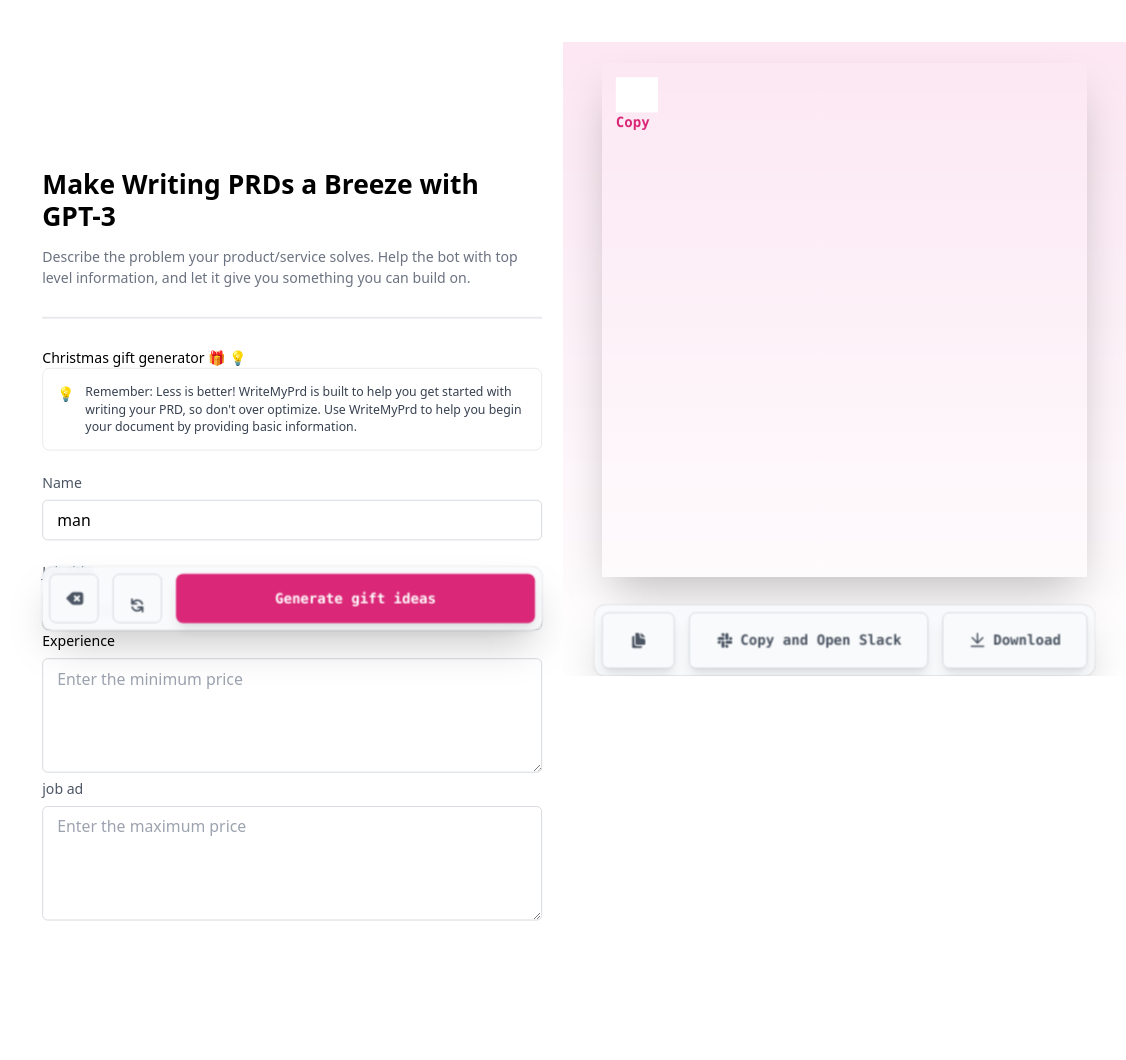
Repository: hamza-mastar/chatgpt-jpbad
Page: /
An editor plug-in stored every save of this project. The page is shown before and after the next save, followed by the edit.
The browser window is 1280 px wide. The pictures show the whole page, at 88% of full size.
The project was rebuilt for these pictures with package versions that can differ from the ones it lists, and the page was loaded fresh each time. The framework's server and built-in components were replaced by stand-ins that run in the browser.

Above is the page before, as saved 2023-01-30 16:54:28.

### pages/_app.js
import 'tailwindcss/tailwind.css'

import '../styles/globals.css'

export default function MyApp({ Component, pageProps }) {
  return <Component {...pageProps} />
}

### pages/index.js
import Head from 'next/head';
import React from 'react';
import { useState } from 'react';
import ReactDOM from 'react-dom';
import {CopyToClipboard} from 'react-copy-to-clipboard';

import styles from './index.module.css';


// import './gifts.css'







export default function Home() {
  const [name, setName] = useState('man');
  const [job_title, setJob_title] = useState("");
  const [experience, setExperience] = useState("");
  const [job_ad, setJob_ad] = useState("");

  const [loading, setLoading] = useState(false);

  const [result, setResult] = useState('');


  const [copy,setCopy] = useState(false)

  async function onSubmit(event) {
    event.preventDefault();
    if (loading) {
      return;
    }
    setLoading(true);
    setResult('hamza');
    const response = await fetch('/api/generate-gifts', {
      method: 'POST',
      headers: {
        'Content-Type': 'application/json',
      },
      body: JSON.stringify({ name, job_title, experience, job_ad}),
    });
    const data = await response.json();
    setResult(data.result.replaceAll('\n', '<br />'));
    setLoading(false);

  }


  return (
    <>



    <body class="h-full px-5 sm:px-6">
      <div class="flex relative sm:flex-col md: flex-col">

      <Head>
        <title>OpenAI Quickstart</title>
        <link rel="icon" href="/dog.png" />
      </Head>

      <main className={styles.main}>
     <div class="min-h-screen w-full lg:w-1/2 relative">
    <div class="h-full px-5 sm:px-6">
      <div class="h-full w-full max-w-xl mx-auto flex flex-col after:mt-auto after:flex-1">
        <header class="sm:flex-1 flex mb-auto sm:py-10 pt-6 items-center sm:justify-between flex-col sm:flex-row" >
          <div class="flex items-center justify-between h-24 md:h-20"> </div>

            {/* logo icone login  */}
            </header>
            <div class="flex-1 py-8">
           <div  class="mb-4" >
           <h1 class="text-3xl font-bold font-inter mb-2"> Make Writing PRDs a Breeze with GPT-3 </h1>
           <div class="text-gray-500 mt-4 mb-6"> Describe the problem your product/service solves. Help the bot with top level information, and let it give you something you can build on. </div>
           <div class="divide-y divide-gray-200 my-8 relative border"></div>





        <h3  >Christmas gift generator 🎁 💡</h3>
        <form  onSubmit={onSubmit} class="mb-12 relative">
        <div class="rounded-lg bg-white border p-4"><div class="flex"><div class="flex-shrink-0">💡</div><div class="ml-3 flex-1 md:flex md:justify-between"><p class="text-sm text-gray-700 font-medium"> Remember: Less is better! WriteMyPrd is built to help you get started with writing your PRD, so don't over optimize. Use WriteMyPrd to help you begin your document by providing basic information. </p></div></div></div>
        <div>
          <div class="py-6">
          <label class="relative transition text-gray-600 focus-within:text-gray-800 block" >Name</label>
          <input class="outline-none focus:outline-none text-lg bg-white rounded-md px-4 py-2 w-full border  focus:border-gray-400 border-gray-300 font-regular mt-2 transition-all undefined "
            type="text"
            name="name"
            placeholder="Enter the Name"
            value={name}
            onChange={(e) => setName(e.target.value)}
          />
          </div>


          <label class="relative transition text-gray-600 focus-within:text-gray-800 block">Job title</label>
          <input class="outline-none focus:outline-none text-lg bg-white rounded-md px-4 py-2 w-full border  focus:border-gray-400 border-gray-300 font-regular mt-2 transition-all undefined "
            type="text"
            name="job_title"
            placeholder="Job title"
            value={job_title}
            onChange={(e) => setJob_title(e.target.value)}
          />

          <label>Experience </label>
          <textarea class="form-textarea outline-none focus:outline-none text-lg bg-white rounded-md px-4 py-2 w-full border  focus:border-gray-400 border-gray-300 font-regular mt-2 transition-all undefined " rows="4"
          type="textarea"
          name="experience"
          placeholder="Enter the minimum price"
          value={experience}
          onChange={(e) => setExperience(e.target.value)} >

            </textarea>

          <label class="relative transition text-gray-600 focus-within:text-gray-800 block"> job ad</label>
          <textarea class="form-textarea outline-none focus:outline-none text-lg bg-white rounded-md px-4 py-2 w-full border  focus:border-gray-400 border-gray-300 font-regular mt-2 transition-all undefined " rows="4"
            type="text"
            name="job_ad"
            placeholder="Enter the maximum price"
            value={job_ad}
            onChange={(e) => setJob_ad(e.target.value)}
          ></textarea>


          <div class="sticky bottom-1 left-0 right-0 px-2 py-2 font-semibold text-sm text-slate-900 bg-slate-50/90 backdrop-blur-sm ring-1 ring-slate-900/10 space-x-4 rounded-xl shadow-2xl">
            <div class="flex gap-4 text-white text-sm font-bold font-mono leading-6 bg-stripes-indigo rounded-lg">
            <button id="clearAll" class="p-4 w-14 h-14 flex-none rounded-lg flex items-center justify-center bg-gray-50 border border-gray-300 text-gray-600 hover:bg-gray-100"><div tooltip="Clear All" position="top" class="w-full" data-v-47bc123b=""><svg class="w-6 h-6" fill="currentColor" viewBox="0 0 20 20" xmlns="http://www.w3.org/2000/svg"><path fill-rule="evenodd" d="M6.707 4.879A3 3 0 018.828 4H15a3 3 0 013 3v6a3 3 0 01-3 3H8.828a3 3 0 01-2.12-.879l-4.415-4.414a1 1 0 010-1.414l4.414-4.414zm4 2.414a1 1 0 00-1.414 1.414L10.586 10l-1.293 1.293a1 1 0 101.414 1.414L12 11.414l1.293 1.293a1 1 0 001.414-1.414L13.414 10l1.293-1.293a1 1 0 00-1.414-1.414L12 8.586l-1.293-1.293z" clip-rule="evenodd"></path></svg></div></button>
            <button id="re-generate-prd" class="w-14 h-14 flex-none rounded-lg flex items-center justify-center bg-gray-50 border border-gray-300 text-gray-600 hover:bg-gray-100"><div tooltip="Re-generate PRD" position="top" class="w-full" data-v-47bc123b=""><svg class="w-full mt-[30%] h-5 text-gray-600 mr-1" fill="currentColor" viewBox="0 0 20 20" xmlns="http://www.w3.org/2000/svg"><path fill-rule="evenodd" d="M4 2a1 1 0 011 1v2.101a7.002 7.002 0 0111.601 2.566 1 1 0 11-1.885.666A5.002 5.002 0 005.999 7H9a1 1 0 010 2H4a1 1 0 01-1-1V3a1 1 0 011-1zm.008 9.057a1 1 0 011.276.61A5.002 5.002 0 0014.001 13H11a1 1 0 110-2h5a1 1 0 011 1v5a1 1 0 11-2 0v-2.101a7.002 7.002 0 01-11.601-2.566 1 1 0 01.61-1.276z" clip-rule="evenodd"></path></svg></div></button>

          <input class="sm:p-4 p-3 pt-4 grow rounded-lg flex items-center justify-center bg-pink-600 hover:bg-pink-800 shadow-lg text-xs sm:text-base" type="submit" value="Generate gift ideas" />
          </div>
          </div>
          </div>
        </form>
        </div>
       </div>
        </div>
        </div>
          </div>

          {/* loging page ////////////////// */}

          <div class="relative  lg:fixed right-0 bottom-0 lg:block lg:w-1/2 overflow-hidden sm:px-5 lg:h-full h-auto  top-12">
            <div class="absolute inset-0 bg-gradient-to-b from-pink-100 to-white  -z-10" >
              <div class="relative lg:fixed right-0 bottom-0 lg:block lg:w-1/2 overflow-hidden sm:px-5 lg:h-full h-auto overflow-y-auto top-12">

                <div class="h-auto ">

                <div class="p-6 pb-0 h-[calc(100vh-6rem)] " >
                <div class="form-textarea relative text-base overflow-scroll w-full p-4 px-8  h-[calc(100%-1rem)] shadow-2xl flex items-center justify-center" >
                <div class="text-pink-600 font-mono text-left text-base font-semibold absolute top-4 left-4">
        {loading && (
          <div>
            <h3>Looking for the best gift ideas 🎁 💡</h3>
            <img src="/loading.gif" className={styles.loading} />
          </div>



        )}
        <div type="text" onChange={(e)=>seResult(e.target.result.replaceAll('\n', '<br/>'))}
        class="whitespace-pre-wrap text-gray-800 bg-white h-auto text-lg divide-y px-4 pt-5 pb-4 sm:p-6 sm:pb-4 "
          className={styles.result}
          dangerouslySetInnerHTML={{ __html: result }}



        />


      <CopyToClipboard text={result}
          onCopy={() =>setCopy(true)}>
           <button className={`${copy ? 'copied' : 'copy' }`}>
             {copy ? 'Copied' : "Copy"}
           </button>
        </CopyToClipboard>


        </div>

        </div>


        </div>
        <div class="mx-4 bottom-2 left-0 right-0 px-2 py-2 font-semibold text-sm text-slate-900 bg-slate-50/90 backdrop-blur-sm ring-1 ring-slate-900/10 space-x-4 rounded-xl shadow-2xl sm:mt-4 my-6 h-auto min-h-[5rem] sm:min-h-[1rem]">
            <div class="flex gap-4 text-white text-sm font-bold font-mono leading-6 bg-stripes-indigo rounded-lg">
  <button class="grow h-16 p-0 sm:p-[1.1rem] w-20 sm:w-auto h-auto rounded-lg flex items-center justify-center bg-gray-50 border-gray-300 text-gray-600 hover:bg-gray-100 shadow-lg border"><svg xmlns="http://www.w3.org/2000/svg" viewBox="0 0 24 24" fill="currentColor" class="h-5 w-5 flex-shrink-0 text-gray-600"><path d="M7.5 3.375c0-1.036.84-1.875 1.875-1.875h.375a3.75 3.75 0 013.75 3.75v1.875C13.5 8.161 14.34 9 15.375 9h1.875A3.75 3.75 0 0121 12.75v3.375C21 17.16 20.16 18 19.125 18h-9.75A1.875 1.875 0 017.5 16.125V3.375z"></path><path d="M15 5.25a5.23 5.23 0 00-1.279-3.434 9.768 9.768 0 016.963 6.963A5.23 5.23 0 0017.25 7.5h-1.875A.375.375 0 0115 7.125V5.25zM4.875 6H6v10.125A3.375 3.375 0 009.375 19.5H16.5v1.125c0 1.035-.84 1.875-1.875 1.875h-9.75A1.875 1.875 0 013 20.625V7.875C3 6.839 3.84 6 4.875 6z"></path></svg>
  </button>
  <button class="p-4 grow w-auto h-16 rounded-lg flex items-center justify-center bg-gray-50 border border-gray-300 text-gray-600 hover:bg-gray-100 shadow-lg text-xs sm:text-base"><svg fill="currentColor" class="h-5 w-5 flex-shrink-0 text-gray-600 mr-2" viewBox="0 0 24 24" xmlns="http://www.w3.org/2000/svg"><path d="M6.194 14.644c0 1.16-.943 2.107-2.103 2.107a2.11 2.11 0 0 1-2.104-2.107 2.11 2.11 0 0 1 2.104-2.106h2.103v2.106zm1.061 0c0-1.16.944-2.106 2.104-2.106a2.11 2.11 0 0 1 2.103 2.106v5.274a2.11 2.11 0 0 1-2.103 2.106 2.108 2.108 0 0 1-2.104-2.106v-5.274zm2.104-8.455c-1.16 0-2.104-.948-2.104-2.107s.944-2.106 2.104-2.106a2.11 2.11 0 0 1 2.103 2.106v2.107H9.359zm0 1.06a2.11 2.11 0 0 1 2.103 2.107 2.11 2.11 0 0 1-2.103 2.106H4.092a2.11 2.11 0 0 1-2.104-2.106 2.11 2.11 0 0 1 2.104-2.107h5.267zm8.447 2.107c0-1.16.943-2.107 2.103-2.107a2.11 2.11 0 0 1 2.104 2.107 2.11 2.11 0 0 1-2.104 2.106h-2.103V9.356zm-1.061 0c0 1.16-.944 2.106-2.104 2.106a2.11 2.11 0 0 1-2.103-2.106V4.082a2.11 2.11 0 0 1 2.103-2.106c1.16 0 2.104.946 2.104 2.106v5.274zm-2.104 8.455c1.16 0 2.104.948 2.104 2.107s-.944 2.106-2.104 2.106a2.11 2.11 0 0 1-2.103-2.106v-2.107h2.103zm0-1.06a2.11 2.11 0 0 1-2.103-2.107 2.11 2.11 0 0 1 2.103-2.106h5.268a2.11 2.11 0 0 1 2.104 2.106 2.11 2.11 0 0 1-2.104 2.107h-5.268z"></path></svg> Copy and Open Slack </button>
  <button class="p-4 grow w-auto h-16 rounded-lg flex items-center justify-center bg-gray-50 border border-gray-300 text-gray-600 hover:bg-gray-100 shadow-lg text-xs sm:text-base"><svg class="h-5 w-5 flex-shrink-0 text-gray-600 fill-gray-600 mr-2" xmlns="http://www.w3.org/2000/svg" viewBox="0 0 24 24"><path fill="none" d="M0 0h24v24H0z"></path><path d="M3 19h18v2H3v-2zm10-5.828L19.071 7.1l1.414 1.414L12 17 3.515 8.515 4.929 7.1 11 13.17V2h2v11.172z"></path></svg> Download </button></div></div>
        </div>
        </div>
        </div>
        </div>

      </main>
      </div>

      </body>


    </>
  );
}
// Name Job_title Experience job_ad
//

### pages/index.module.css


@font-face {
  font-family: "ColfaxAI";
  src: url(https://cdn.openai.com/API/fonts/ColfaxAIRegular.woff2)
      format("woff2"),
    url(https://cdn.openai.com/API/fonts/ColfaxAIRegular.woff) format("woff");
  font-weight: normal;
  font-style: normal;
}
@font-face {
  font-family: "ColfaxAI";
  src: url(https://cdn.openai.com/API/fonts/ColfaxAIBold.woff2) format("woff2"),
    url(https://cdn.openai.com/API/fonts/ColfaxAIBold.woff) format("woff");
  font-weight: bold;
  font-style: normal;
}
/* .main,
.main input {
  font-size: 16px;
  line-height: 24px;
  color: #353740;
  font-family: "ColfaxAI", Helvetica, sans-serif;
}
.main {
  display: flex;
  flex-direction: column;
  align-items: center;
  padding-top: 60px;
}
.main .icon {
  width: 34px;
}
.main h3 {
  font-size: 32px;
  line-height: 40px;
  font-weight: bold;
  color: #202123;
  margin: 16px 0 40px;
}
.main form {
  display: flex;
  flex-direction: column;
  width: 320px;
}
.main input[type="text"] {
  padding: 12px 16px;
  border: 1px solid #10a37f;
  border-radius: 4px;
  margin-bottom: 24px;
  outline-color: #10a37f;
}
.main ::placeholder {
  color: #8e8ea0;
  opacity: 1;
}
.main input[type="submit"] {
  padding: 12px 0;
  color: #fff;
  background-color: #10a37f;
  border: none;
  border-radius: 4px;
  text-align: center;
  cursor: pointer;
}
.main .result {
  padding: 100px;
  font-weight: bold;
  margin-top: 40px;
  position:absolute;
  display: flex;
  justify-content: end;
} */

.main .loading {
  width: 50;
}

/* .main input[type="text"],
.main input[type="number"],
.main select {
  padding: 12px 16px;
  border: 1px solid #10a37f;
  border-radius: 4px;
  margin-bottom: 12px;
  margin-top: 4px;
}
.hamza {
  background-color: #10a37f;
} */










.form-textarea{
  border-width: 1px;
  --tw-border-opacity: 1;
  border-color: rgb(209 213 219 / var(--tw-border-opacity));
  --tw-bg-opacity: 1;
  background-color: rgb(255 255 255 / var(--tw-bg-opacity));
  height: 600px;
  width: 600px;
}

.text-base {
  font-size: 18px;
  line-height: 1.5;
  letter-spacing: -.01em;
  color: black

}
.typed {
  color: #1f2937;
  white-space: break-spaces;
  font-size: 100px;
}
@media only screen and (max-width: 600px) {
  .goho {
    width: auto;
    display: flex;
    justify-content:center ;

  }
}

Loaded but not shown: styles/globals.css (common file); tailwind.config.js (common file)

After the next save:
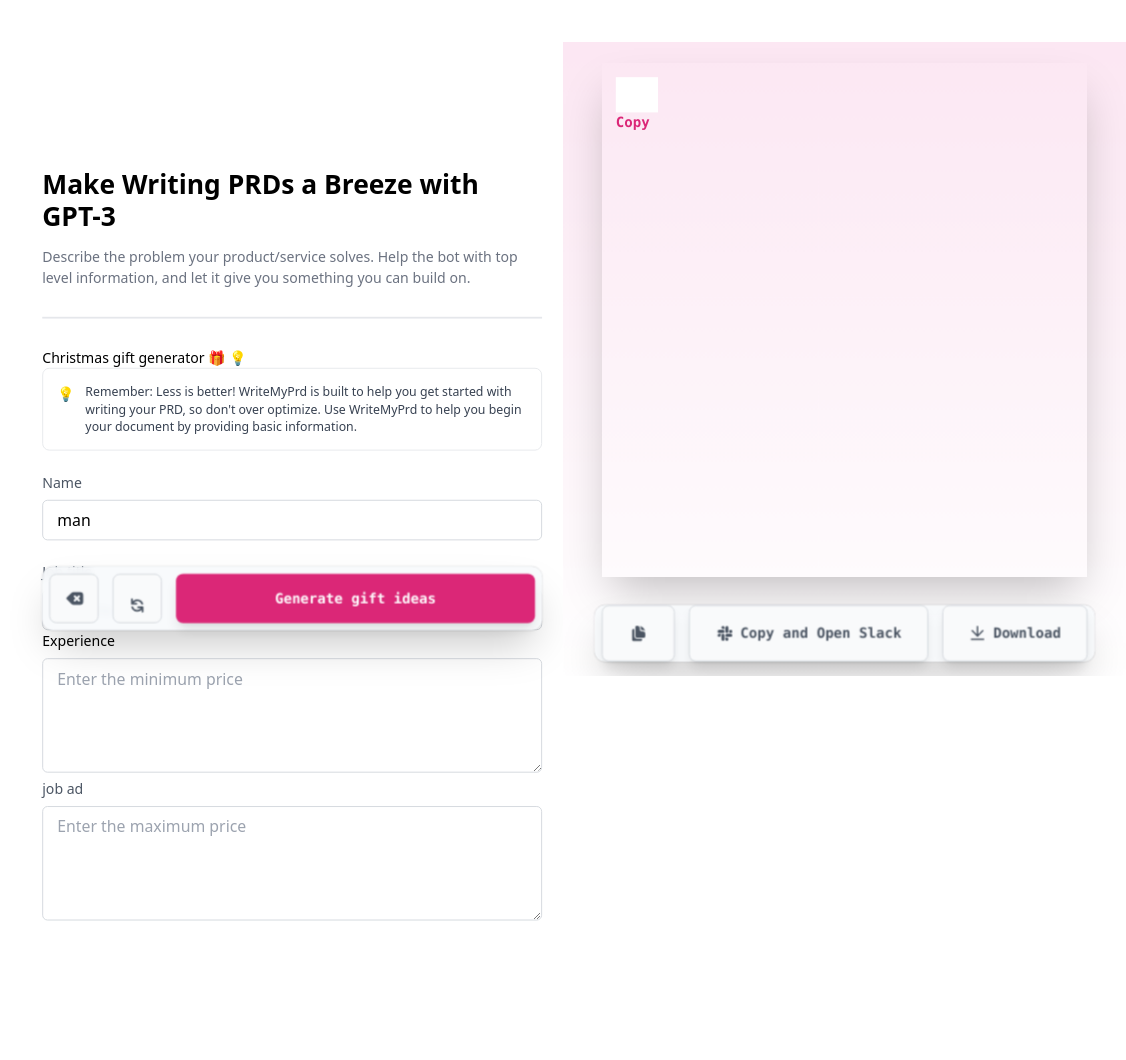
Saved 38 s later.
--- a/pages/index.js
+++ b/pages/index.js
@@ -186,7 +186,7 @@ export default function Home() {
 
 
         </div>
-        <div class="mx-4 bottom-2 left-0 right-0 px-2 py-2 font-semibold text-sm text-slate-900 bg-slate-50/90 backdrop-blur-sm ring-1 ring-slate-900/10 space-x-4 rounded-xl shadow-2xl sm:mt-4 my-6 h-auto min-h-[5rem] sm:min-h-[1rem]">
+        <div class="mx-4 bottom-2 left-0 right-0 px-2 py-0 font-semibold text-sm text-slate-900 bg-slate-50/90 backdrop-blur-sm ring-1 ring-slate-900/10 space-x-4 rounded-xl shadow-2xl sm:mt-4 my-6 h-auto min-h-[5rem] sm:min-h-[1rem]">
             <div class="flex gap-4 text-white text-sm font-bold font-mono leading-6 bg-stripes-indigo rounded-lg">
   <button class="grow h-16 p-0 sm:p-[1.1rem] w-20 sm:w-auto h-auto rounded-lg flex items-center justify-center bg-gray-50 border-gray-300 text-gray-600 hover:bg-gray-100 shadow-lg border"><svg xmlns="http://www.w3.org/2000/svg" viewBox="0 0 24 24" fill="currentColor" class="h-5 w-5 flex-shrink-0 text-gray-600"><path d="M7.5 3.375c0-1.036.84-1.875 1.875-1.875h.375a3.75 3.75 0 013.75 3.75v1.875C13.5 8.161 14.34 9 15.375 9h1.875A3.75 3.75 0 0121 12.75v3.375C21 17.16 20.16 18 19.125 18h-9.75A1.875 1.875 0 017.5 16.125V3.375z"></path><path d="M15 5.25a5.23 5.23 0 00-1.279-3.434 9.768 9.768 0 016.963 6.963A5.23 5.23 0 0017.25 7.5h-1.875A.375.375 0 0115 7.125V5.25zM4.875 6H6v10.125A3.375 3.375 0 009.375 19.5H16.5v1.125c0 1.035-.84 1.875-1.875 1.875h-9.75A1.875 1.875 0 013 20.625V7.875C3 6.839 3.84 6 4.875 6z"></path></svg>
   </button>
